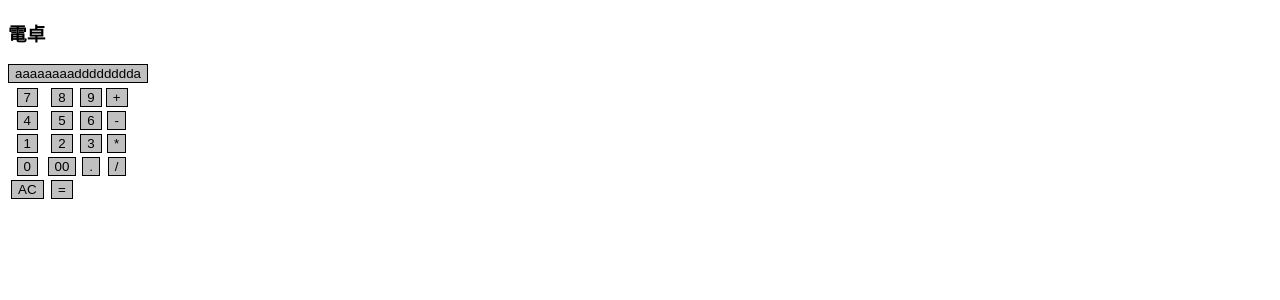
Repository: syokaturyou/potepan
Page: dentaku.html
The author's editor kept a record of every edit. The page is drawn from the files as they stood at one moment, then again after the next edit.
The browser window is 1280 px wide. The pictures show the whole page.
Some web libraries are served in a nearby version.

Above is the page before.

After the next edit:
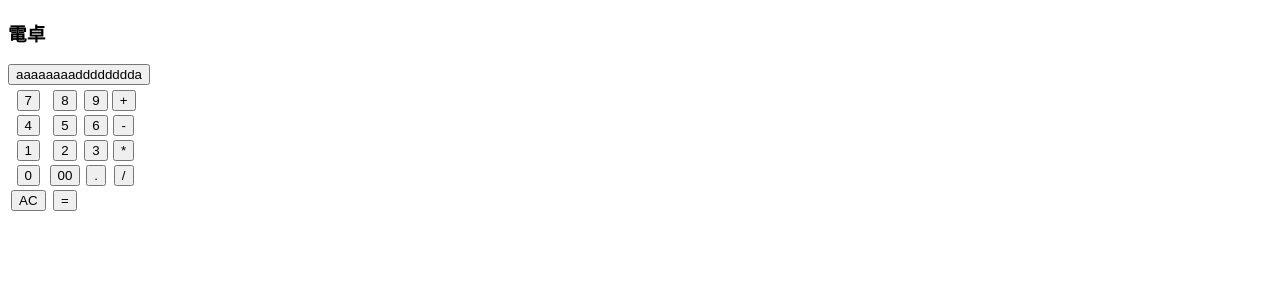
The edit:
--- a/css/main.css
+++ b/css/main.css
@@ -9,10 +9,10 @@
   background-color: black;
 }
 
-button {
-  border: 1px solid black;
-  background-color: #C0C0C0;
-}
+/*button {*/
+/*  border: 1px solid black;*/
+/*  background-color: #C0C0C0;*/
+/*}*/
 
 
 #boxA {
